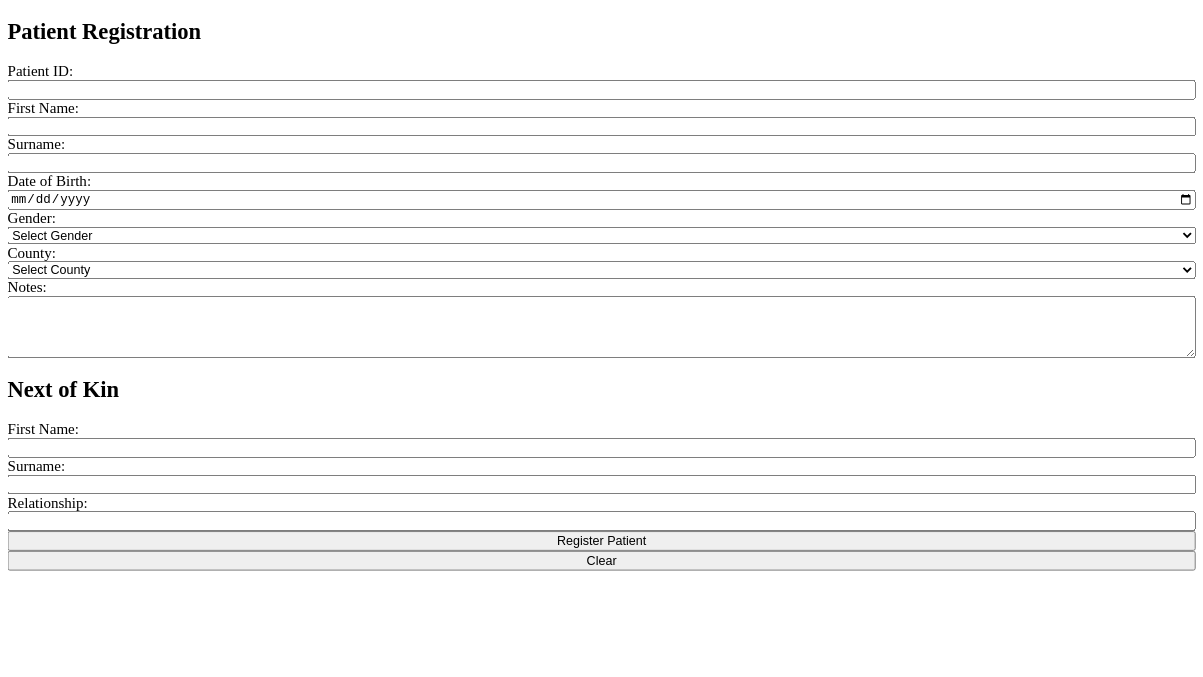
Repository: EphrahimLaanyu123/wsp
Page: Registration.html
The author's editor kept a copy of each file at every save. The page is drawn from the files as they stood at one save, then again after the next save.
The browser window is 1280 px wide. The pictures show the whole page, at 94% of full size.

Above is the page before, as saved 2025-03-14 07:52:33.

After the next save:
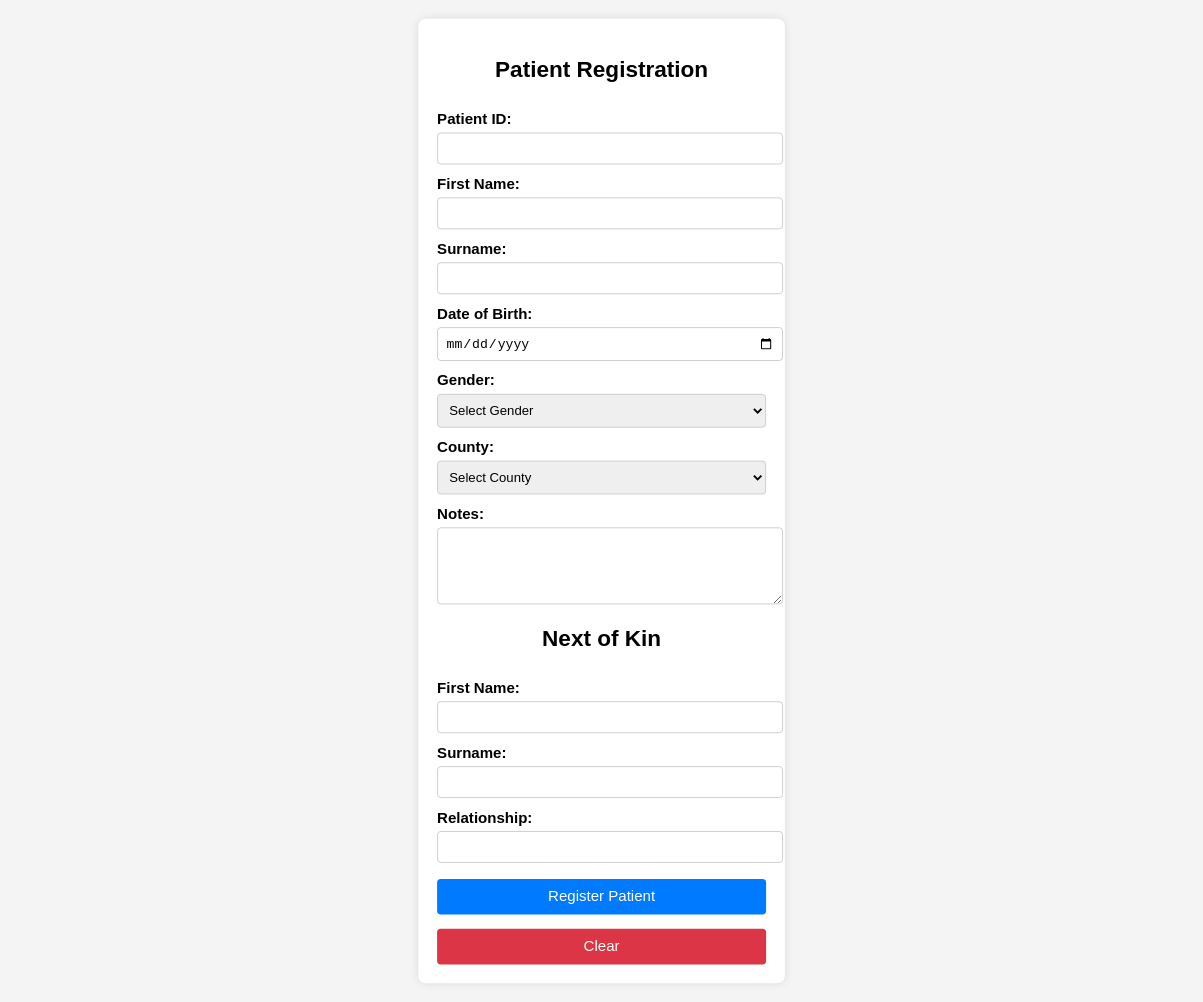
Saved 101 s later.
--- a/styles.css
+++ b/styles.css
@@ -63,3 +63,76 @@
     display: flex;
     flex-direction: column;
 }
+
+body {
+    font-family: Arial, sans-serif;
+    background-color: #f4f4f4;
+    margin: 0;
+    padding: 20px;
+    display: flex;
+    justify-content: center;
+}
+
+section {
+    background: white;
+    padding: 20px;
+    border-radius: 8px;
+    box-shadow: 0px 0px 10px rgba(0, 0, 0, 0.1);
+    width: 350px;
+}
+
+h1, h2 {
+    text-align: center;
+}
+
+form {
+    display: flex;
+    flex-direction: column;
+}
+
+label {
+    font-weight: bold;
+    margin-top: 10px;
+}
+
+input, select, textarea {
+    width: 100%;
+    padding: 8px;
+    margin-top: 5px;
+    border: 1px solid #ccc;
+    border-radius: 4px;
+    font-size: 14px;
+}
+
+input.invalid, select.invalid {
+    border-color: red;
+}
+
+.error {
+    color: red;
+    font-size: 12px;
+    margin-top: 2px;
+}
+
+button {
+    margin-top: 15px;
+    padding: 10px;
+    border: none;
+    background: #007bff;
+    color: white;
+    font-size: 16px;
+    border-radius: 4px;
+    cursor: pointer;
+}
+
+button:hover {
+    background: #0056b3;
+}
+
+button#clearForm {
+    background: #dc3545;
+}
+
+button#clearForm:hover {
+    background: #b52b3a;
+}
